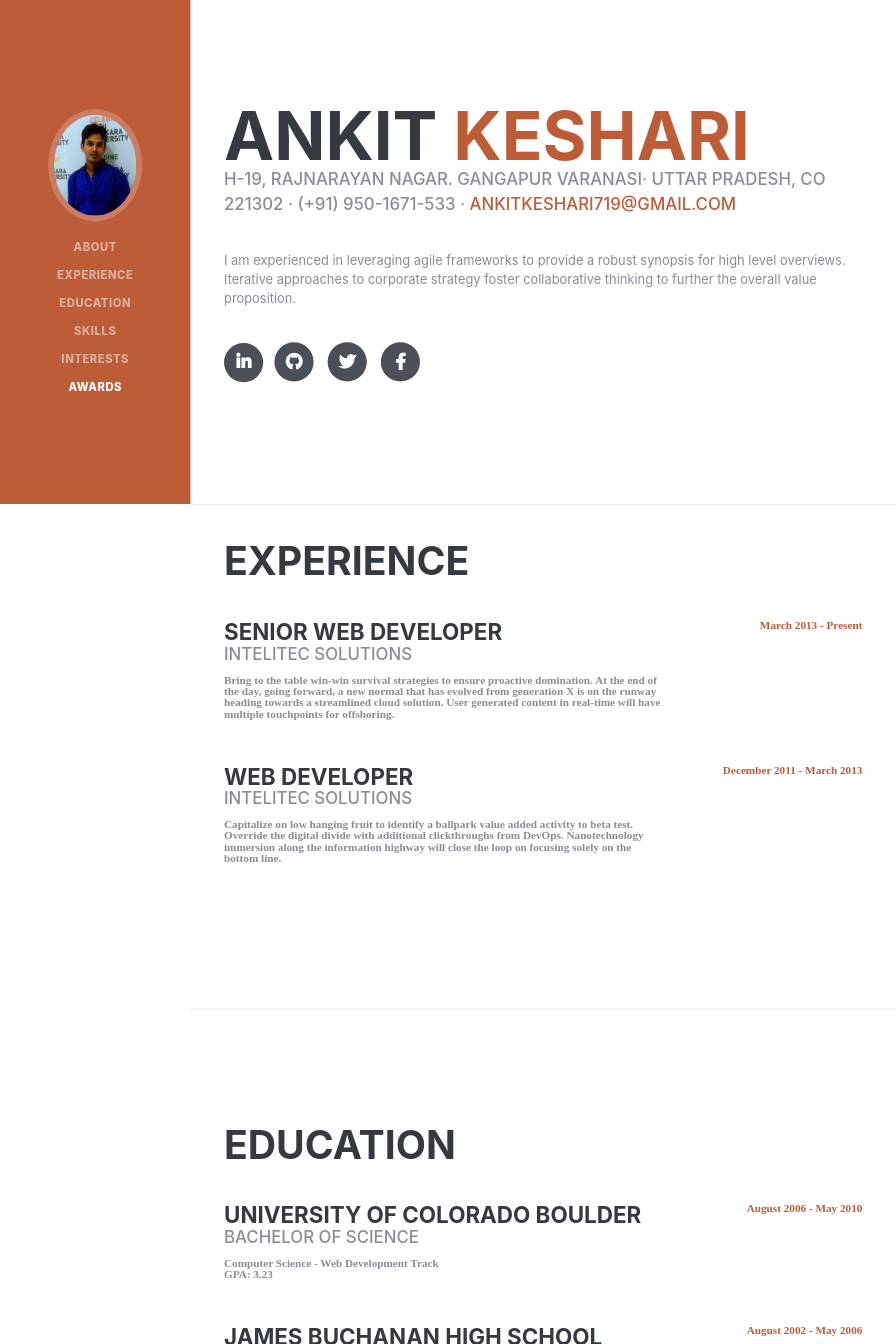
Repository: ankitkeshari719/ankitkeshari719.github.io
Page: index.html
An editor plug-in stored every save of this project. The page is shown before and after the next save, followed by the edit.
The browser window is 1280 px wide. The pictures show the part of the page from y = 0 to 1920 px (the page is 4349 px tall), at 70% of full size.
Some web fonts or font styles are not loaded; a fallback is used.

Above is the page before, as saved 2020-03-13 16:02:53.

After the next save:
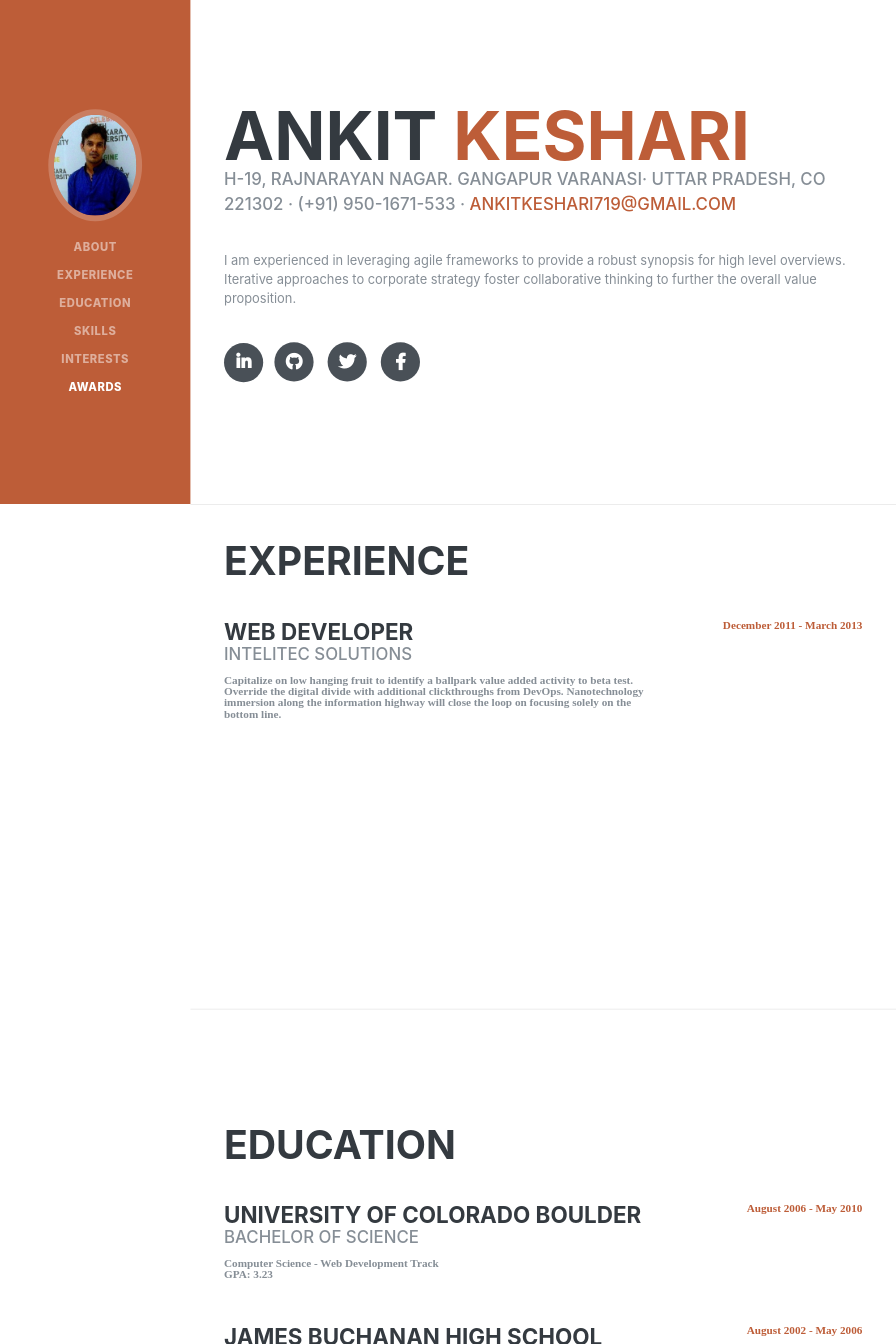
Saved 4 s later.
--- a/index.html
+++ b/index.html
@@ -92,7 +92,7 @@
       <div class="w-100">
         <h2 class="mb-5">Experience</h2>
 
-        <div class="resume-item d-flex flex-column flex-md-row justify-content-between mb-5">
+        <!-- <div class="resume-item d-flex flex-column flex-md-row justify-content-between mb-5">
           <div class="resume-content">
             <h3 class="mb-0">Senior Web Developer</h3>
             <div class="subheading mb-3">Intelitec Solutions</div>
@@ -101,7 +101,7 @@
           <div class="resume-date text-md-right">
             <span class="text-primary">March 2013 - Present</span>
           </div>
-        </div>
+        </div> -->
 
         <div class="resume-item d-flex flex-column flex-md-row justify-content-between mb-5">
           <div class="resume-content">
